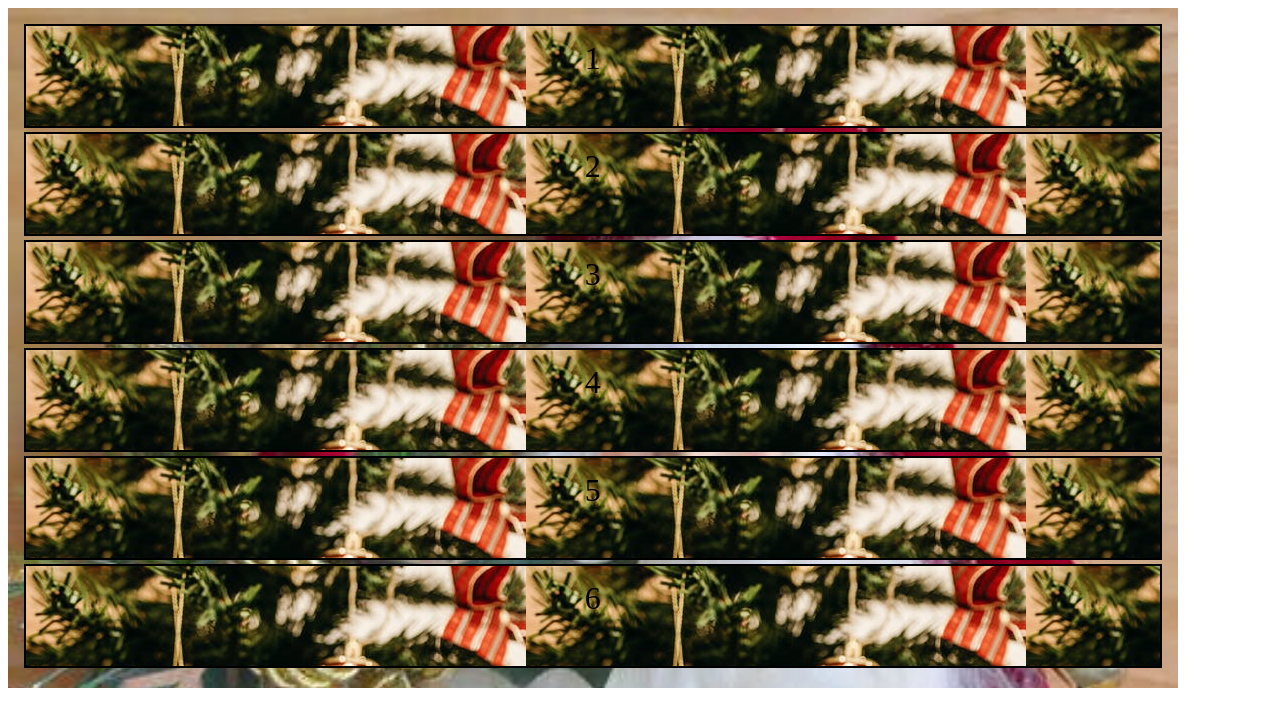
Repository: hindrik40/julprogram-js
Page: advent.html
These files come from the project's save history. The page is drawn as it stood at one moment and after the next save; the edit follows.
The browser window is 1280 px wide. The pictures show the whole page.

Above is the page before, as saved 2021-12-14 10:13:00.

### advent.html
<!DOCTYPE html>
<html lang="en">
<head>
    <meta charset="UTF-8">
    <meta http-equiv="X-UA-Compatible" content="IE=edge">
    <meta name="viewport" content="width=device-width, initial-scale=1.0">
    <link rel="stylesheet" href="advent.css">
    <title>julkalender drag and drop</title>
</head>
<body>
    <main id="adventCalender">


    </main>
    <script src="advent.js"></script>
</body>
</html>

### advent.css
main#adventCalender{
    width: 90%;
    height: 90vh;
    background-image: url(images/jul6.jpeg);
    background-size: cover;
    display: grid;
    grid-template-columns: repeat (6,1fr);
    column-gap: 1rem;
    padding:1rem;
}
main div{
   min-width: 50px;
   min-height: 100px;
   height: 4rem;
    border:solid 2px black;
    background-color: rgba(255,0,0,0.8);
    font-size:2rem;
    text-align: center;
    vertical-align: middle;
    line-height: 4rem;
    cursor: pointer;
    background-image: url(images/jul5.jpeg);

}

### advent.js
//!variabler luckor
//!DOM element
const adventCalender = document.getElementById("adventCalender");
//!variabler for the days in a array luckor med bilder
let doors = ["jul1.jpeg", "jul2.jpeg", "jul3.jpeg", "jul4.jpeg", "jul5.jpeg", "jul6.jpeg"];
//!variabler for the days in a array luckor med bilder
//!Itererar igenom arrayen och skapa en räknare
let counter = 1;
doors.forEach((door) => {
    console.log(counter, door);
    //!skapa en div för varje bild
    let div = document.createElement("div");
    //!lägg till en siffra i elementet
    div.textContent = counter;
    //!Lägg till kalendern
    adventCalender.appendChild(div);

    counter++;

})

After the next save:
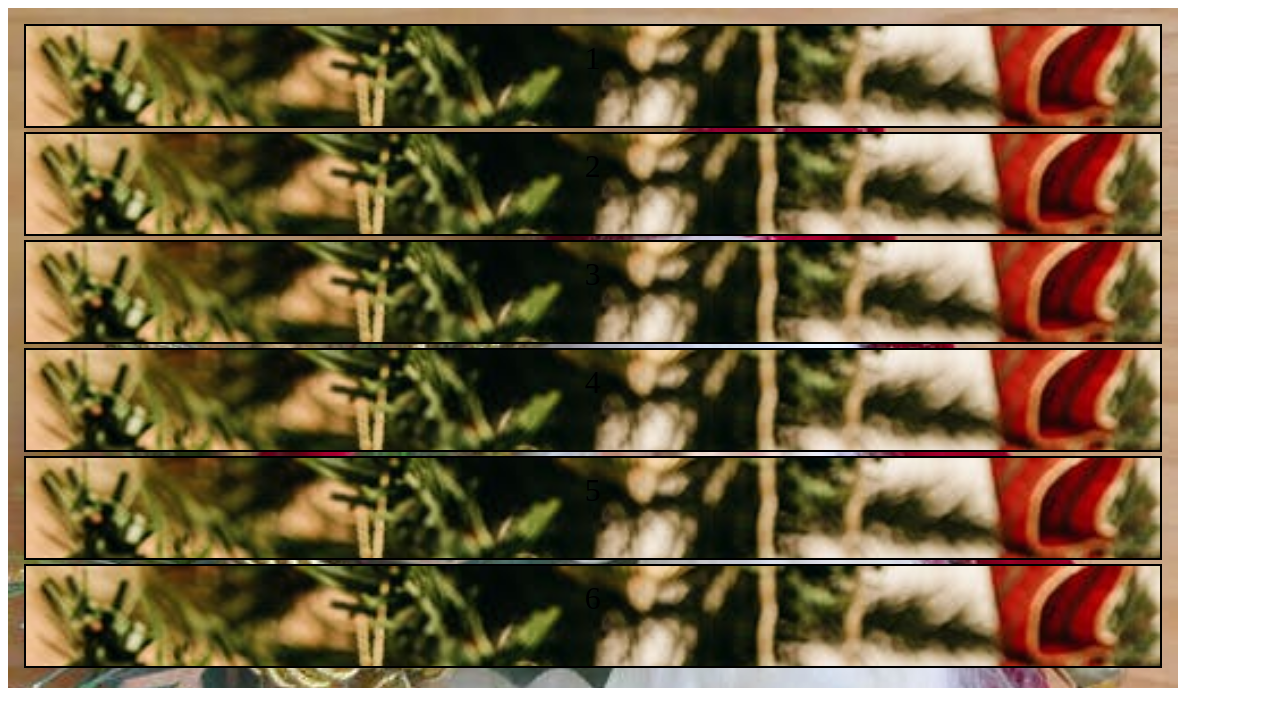
Saved 45 s later.
--- a/advent.css
+++ b/advent.css
@@ -20,5 +20,7 @@ main div{
     line-height: 4rem;
     cursor: pointer;
     background-image: url(images/jul5.jpeg);
+    background-size: 100%;
+
 
 }
